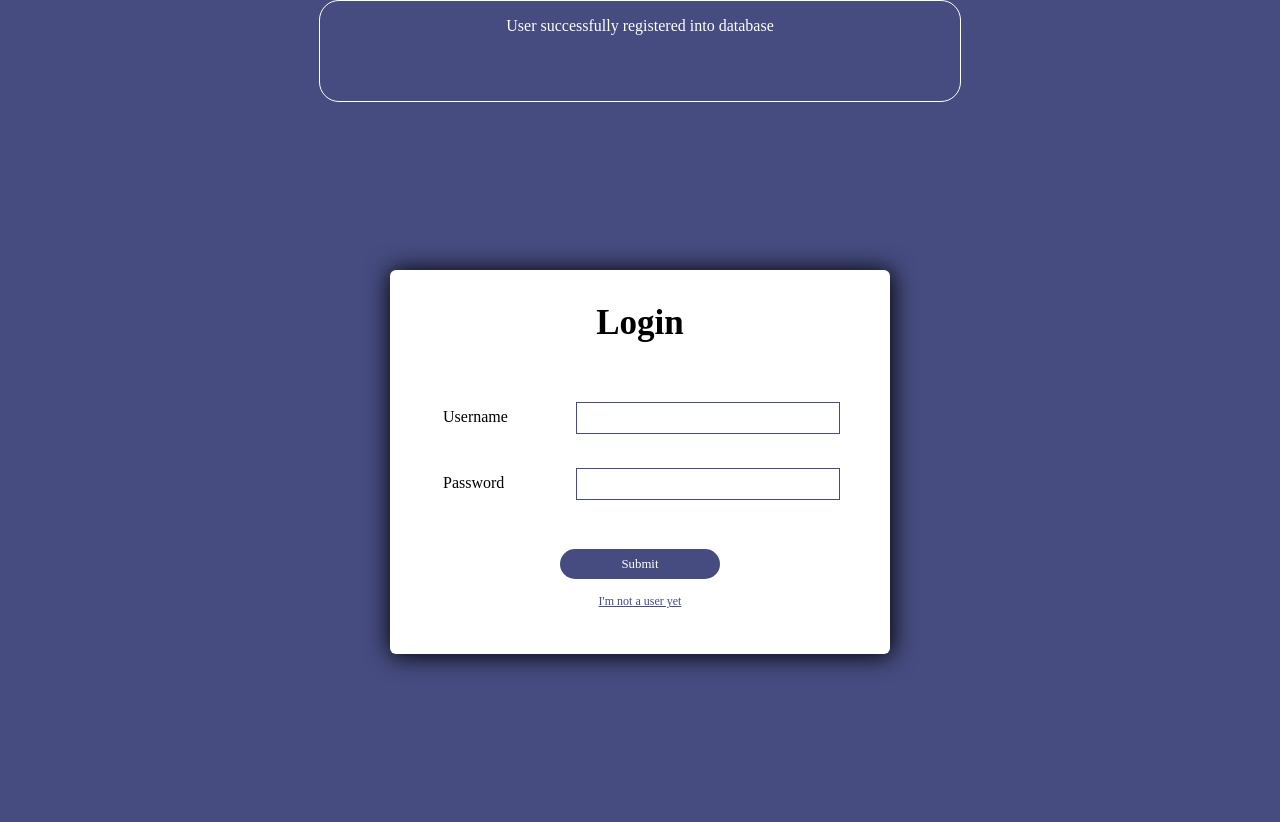
Repository: ivanmirandastavenuiter/jsp-raw-crud
Page: http://localhost/CH33TZ/
The author's editor kept a copy of each file at every save. The page is drawn from the files as they stood at one save, then again after the next save.
The browser window is 1280 px wide. The pictures show the whole page.
Some web fonts or font styles are not loaded; a fallback is used. The page is served by Tomcat 9. Other server files are loaded and not shown.

Above is the page before, as saved 2020-05-12 14:42:23.

### CH33TZ/WebContent/index.jsp
<%@ page language="java" contentType="text/html; charset=UTF-8"
    pageEncoding="UTF-8" %>
<%@ page import="java.sql.Statement" %>
<%@ page import="java.sql.ResultSet" %>
<%@ page import="java.sql.DriverManager" %>
<%@ page import="java.sql.Connection" %>
<%@ page import="java.sql.PreparedStatement" %>
<%@ page import="java.util.logging.Logger" %>
<%@ page import="java.util.Map, java.util.HashMap" %>
<%@ page import="java.util.Collection" %>
<%@ page import="java.util.Set" %>
<%@ page import="java.util.Set" %>
<%@ taglib uri = "http://java.sun.com/jsp/jstl/core" prefix = "c" %>
<!DOCTYPE html>
<html>
<head>
<meta charset="UTF-8">
<title>Login</title>
<link href="https://fonts.googleapis.com/css?family=Merriweather&display=swap" rel="stylesheet">
<script type="module" src="Validations/ValidationLogin.mjs"></script>
<style>

	body {
		background: #464c80;
		margin: 0;
		padding: 0;
		height: 100vh;
		width: 100vw;
		font-size: 62.5%; /* This is equivalent to 10px */
		font-family: 'Merriweather', serif;
	}

	div.main-container-div {
		height: 100%;
	}

	div.register-result-container {

	}

	div.register-result-message {
		width: 50%;
		height: 100px;
		margin: 0 auto;
		font-size: 1.6em;
		color: #fff;
		border: 1px solid #fff;
		border-radius: 20px;
	}

	div.register-result-message p {
		text-align: center;
	}

	div.main-content-div {
		height: 100%;
		display: flex;
		justify-content: center;
		align-items: center;
	}

	div.form-container-div {
		border-radius: 6px;
		background: #fff;
		width: 500px;
		box-shadow: 1px 1px 25px 1px #000;
	}

	div.form-container-div form {
		padding: 10px 30px 30px 30px;
		font-size: 1.6em;
	}

	div.form-container-div .login-div {
		padding: 10px;
		text-align: center;
		border-radius: 5px 5px 0 0;
	}

	div.user-not-found-div {
		width: 400px;
		margin: 0 auto;
		opacity: 0; /* To 1 */
		transition: opacity .5s linear;
		font-size: 1.6em;
		height: 0; /* To auto */
	}

	p.user-not-found {
		margin: 0 auto;
		padding: 0; /* To 5 */
		width: 63%;
		font-size: .7em;
		border: 1px solid #e21010;
		color: #e21010;
		text-align: center;
		height: 0; /* To auto */
	}

	div.form-container-div .login-div h1 {
		font-size: 3.5em;
	}

	/* Inside form-container-div */

	.inputs-group-div {
		padding: 15px;
	}

	.inputs-group-div .input-div {
		width: 400px;
		display: flex;
		justify-content: space-between;
		align-items: center;
		margin: 0 auto;
	}

	.inputs-group-div .input-div .form-input {
		width: 63%;
		height: 20px;
		font-family: inherit;
		font-size: .8em;
		outline: none;
		border: 1px solid #464c80;
		padding: 5px;
	}

	.inputs-group-div div[class$="wrong-validation-div"] {
		display: flex;
		justify-content: flex-end;
		width: 400px;
		margin: 0 auto;
		opacity: 0;
		transition: opacity .5s linear;
	}

	.inputs-group-div div[class$="wrong-validation-div"] p {
		width: 63%;
		padding: 5px;
		font-size: .7em;
		border: 1px solid #e21010;
		color: #e21010;
	}

	.inputs-group-div .input-div label {
		height: 20px;
		padding: 3px;
	}

	.inputs-group-div .input-div .submit-btn {
		font-family: inherit;
		font-size: .8em;
		margin: 15px auto 5px auto;
		width: 40%;
		padding: 5px;
		color: #fff;
		background: #464c80;
		border-radius: 20px;
		height: 30px;
		border: none;
		transition: background-color .3s linear;
		outline: none;
	}

	.inputs-group-div .register-link-div {
		text-align: center;
	}

	.inputs-group-div .register-link-div span {
		font-size: 0.75em;
		display: block;
		margin-top: 10px;
	}

	.inputs-group-div .register-link-div span a {
	  	color: #464c80 !important;
	}

	/* Buttons, boxes and links interactions */

	.inputs-group-div .input-div .submit-btn:hover {
		background:#666dad;
	}

	.inputs-group-div .input-div .submit-btn:active {
		background: #272b50;
		transition: none;
		border: 1.5px solid #bfc4fd;
	}

	.inputs-group-div .input-div .form-input:focus {
		background: #d1d8f1;
		border: 1px solid #000;
	}

	.inputs-group-div .form-input:-internal-autofill-selected {
		background-color: #d1d8f1 !important;
		border: 1px solid #000 !important;
	}

	.inputs-group-div .input-div .submit-btn:focus {
		background: #272b50;
		transition: none;
		border: 1.5px solid #bfc4fd;
	}

	.inputs-group-div .register-link-div span a:visited,
	.inputs-group-div .register-link-div span a:active {
		color: inherit;
	}

</style>
</head>
<body>

	<c:set var = "contextPath" value="${pageContext.request.contextPath}" />

	<%

		Logger logger = Logger.getLogger(com.ch33tz.logger.JspLogger.class.getName());

		if (request.getMethod().equals("POST") && !(boolean)request.getAttribute("errors")) {

			logger.info("Starting validation on target page.");
			logger.info("POST request detected on target page. Applying validation against input data.");

			//Validation of the user input
			String username = request.getParameter("username");
			String password = request.getParameter("pass");
			String contextPath = "/";
			boolean validation = true;

			try {

				username = username != null ? username.trim() : null;
				password = password != null ? password.trim() : null;

				if (username == null || username.isEmpty()
						|| password == null || password.isEmpty()) {

					logger.info("Errors detected on target page. Proceeding to generate errors");

					Cookie usernameCookieError = null;
					Cookie passwordCookieError = null;

					if (username == null || username.isEmpty()) {
						logger.warning("Bad input for username. Populating cookie");
						usernameCookieError = new Cookie("username", "username");
						usernameCookieError.setMaxAge(1);
						response.addCookie(usernameCookieError);
						validation = false;
					}

					if (password == null || password.isEmpty() ) {
						logger.warning("Bad input for password. Populating cookie");
						passwordCookieError = new Cookie("password", "password");
						passwordCookieError.setMaxAge(1);
						response.addCookie(passwordCookieError);
						validation = false;
					}

				}

			} catch (Exception e) {

				logger.severe("Exception thrown on validation: " + e.getMessage());

			}

			if (validation) {

				Connection conn = null;
				PreparedStatement stmt = null;
				ResultSet rs = null;

				Map <String, String> userData = new HashMap<String, String>();

				try {

					// Driver registration gets autoloaded on JDBC 4.0 compliant versions:

					// * mysql-connector-java-5.1.36.jar version or higher
					// * jdk 6 or higher

					// However, it only gets loaded after second request. At least, in JSP.
					// This sentence is equivalent to: Class.forName("com.mysql.cj.jdbc.Driver")
					DriverManager.getDrivers();

					String sql = "SELECT * FROM user WHERE usUse = ? AND usPas = ?";
					conn = DriverManager.getConnection("jdbc:mysql://localhost:3306/ch33tz", "root", "");
					stmt = conn.prepareStatement(sql, ResultSet.TYPE_SCROLL_INSENSITIVE, ResultSet.CONCUR_READ_ONLY);
					stmt.setString(1, username);
					stmt.setString(2, password);
					rs = stmt.executeQuery();

					if (rs.first()) {

						logger.info("User found: " + rs.getString("usUse") + ". Populating user data.");

						userData.put("id", Integer.toString(rs.getInt("usId")));
						userData.put("name", rs.getString("usNam"));
						userData.put("surname", rs.getString("usSur"));
						userData.put("username", rs.getString("usUse"));
						userData.put("email", rs.getString("usEma"));

						logger.info("Redirecting to welcome page...");

						request.getSession().setAttribute("user", userData);
						response.sendRedirect(request.getContextPath() + "/JSP/welcome.jsp");

					} else {
						logger.warning("User not found. Populating cookie");
						logger.info("Returning to login form.");
						Cookie userNotFoundCookie = new Cookie("error", "user-not-found");
						userNotFoundCookie.setMaxAge(1);
						response.addCookie(userNotFoundCookie);
					}

				} catch (Exception e) {

					logger.severe("Main exception: " + e.getMessage());

				} finally {

					try {

						if (rs != null) {
							rs.close();
						}

						if (stmt != null) {
							stmt.close();
						}

						if (conn != null) {
							conn.close();
						}

					} catch(Exception e) {

						logger.severe("Nested exception: " + e.getMessage());

					}

				}

			}

		}

	%>

	<!-- Main container -->
	<div class="main-container-div">

		<!-- Errors container -->
		<div class="register-result-container">
			<div class="register-result-message">
				<p>User successfully registered into database</p>
				<c:if test="${ not empty message}">
					<p>${message}</p>
					<c:remove var="message" />
				</c:if>
			</div>
		</div>

		<!-- Main content -->
		<div class="main-content-div">

			<div class="form-container-div">

				<!-- Login div -->
				<div class="login-div">
					<h1>Login</h1>
				</div>

				<!-- User not found div -->
				<div class="user-not-found-div">
					<p class="user-not-found"></p>
				</div>

				<!-- Form -->
				<form name="loginForm" method="post">

					<div class="inputs-group-div">

						<!-- Input items -->
						<div class="input-div">
							<label for="username">Username</label>
							<input class="form-input" type="text" name="username"/>
						</div>

						<div class="username-wrong-validation-div">
							<p class="username-wrong-validation"></p>
						</div>

						<div class="input-div">
							<label for="pass">Password</label>
							<input class="form-input" type="password" name="pass"/>
						</div>

						<div class="password-wrong-validation-div">
							<p class="password-wrong-validation"></p>
						</div>

						<div class="input-div">
							<input class="submit-btn" type="submit" value="Submit"/>
						</div>

						<div class="register-link-div">
							<span><a href="register.jsp">I'm not a user yet</a></span>
						</div>

					</div>

				</form>

			</div>

		</div>

	</div>



</body>
</html>

### CH33TZ/WebContent/Validations/ValidationLogin.mjs
/**
 * Name: ValidationLogin
 *
 * Author: Ivan Miranda Stavenuiter
 * MKNA
 *
 */

import { ValidationException } from '../Exceptions/ValidationException.mjs';
import { ValidationFormException } from '../Exceptions/ValidationFormException.mjs';

document.addEventListener("DOMContentLoaded", function() {

	var availableCookies = document.cookie;

	var loginForm = document.getElementsByName("loginForm")[0];
	var submit = false;
	var validation = true;

	var username = document.getElementsByName("username")[0];
	var pass = document.getElementsByName("pass")[0];
	var wrongUsernameNode = document.getElementsByClassName("username-wrong-validation")[0];
	var wrongPassNode = document.getElementsByClassName("password-wrong-validation")[0];
	var inputNodes = document.getElementsByClassName("form-input");

	var inputsMap = new Map();
	inputsMap.set(username, wrongUsernameNode)
			 .set(pass, wrongPassNode);

	// Main function on submit
	loginForm.onsubmit = function(e) {

		e.preventDefault();

		try {

			validation = true;
			inputsMap.forEach(validateInputs);

			if (!validation) {
				return false;
			} else {
				this.submit();
			}

		} catch (err) {

			console.log('Exception thrown by parent try/catch block: ');
			console.log('Name: ' + err.name);
			console.log('Description: ' + err.message);
			console.log('Stack: ' + err.stack);

		}

	};

	// Function triggered on submit
	function validateInputs(value, key, map) {

		try {

			submit = true;

			if (key.name === 'username' && key.value.trim() === '') {

				throw new ValidationFormException(ValidationException.WARNING,
												  ValidationException.USERNAME_EMPTY_FIELD,
												  value);

			} else if (key.name === 'pass' && key.value.trim() === '') {

				throw new ValidationFormException(ValidationException.WARNING,
												  ValidationException.PASSWORD_EMPTY_FIELD,
												  value);

			}

		} catch(validationFormException) {

			if (validationFormException instanceof ValidationFormException) {
				validationFormException.handleLoginErrorOnSubmit();
				validation = false;
			} else {
				throw validationFormException;
			}

		}

	}

	// This check values after submit
	function validateInputsAfterSubmit(value, key, map) {

		key.onkeyup = function() {

			try {

				let resetNode = (value) => {
					value.innerText = '';
					value.parentElement.style.transition = 'none';
					value.parentElement.style.opacity = 0;
				}

				if (submit) {

					let descriptionType = value.className.substring(0,4);

					if (descriptionType === 'user') {

						if (key.value.trim().length > 0) {
							resetNode(value);
						} else {
							throw new ValidationFormException(ValidationException.WARNING,
															  ValidationException.USERNAME_EMPTY_FIELD,
															  value);
						}

					}

					if (descriptionType === 'pass') {

						if (key.value.trim().length > 0) {
							resetNode(value);
						} else {
							throw new ValidationFormException(ValidationException.WARNING,
															  ValidationException.PASSWORD_EMPTY_FIELD,
															  value);
						}

					}

				}

			} catch(validationFormException) {

				if (validationFormException instanceof ValidationFormException) {
					validationFormException.handleLoginErrorAfterSubmit();
					validation = false;
				} else {
					throw validationFormException;
				}

			}

		}
	}

	inputsMap.forEach(validateInputsAfterSubmit);

	// Control errors from server if detected
	var controlErrorsFromServer = () => {

		try {

			let errorsArray = [];
			let usernameWrongMessageNode = document.querySelector("p.username-wrong-validation");
			let passwordWrongMessageNode = document.querySelector("p.password-wrong-validation");
			let userNotFoundMessageNode = document.querySelector("p.user-not-found");

			submit = true;

			errorsArray.push(getCookie('username'));
			errorsArray.push(getCookie('password'));
			errorsArray.push(getCookie('error'));

			var errorsList = (value, key, map) => {

				try {

					if (value.trim() === "username") {

						throw new ValidationFormException(ValidationException.WARNING,
								  ValidationException.USERNAME_EMPTY_FIELD,
								  usernameWrongMessageNode);

					}

					if (value.trim() === "password") {

						throw new ValidationFormException(ValidationException.WARNING,
								  ValidationException.PASSWORD_EMPTY_FIELD,
								  passwordWrongMessageNode);

					}

					if (value.trim() === "user-not-found") {

						throw new ValidationFormException(ValidationException.WARNING,
								  ValidationException.USER_NOT_FOUND,
								  userNotFoundMessageNode);

					}

				} catch(validationFormException){
					if (validationFormException instanceof ValidationFormException) {
						if (value.trim() === "user-not-found") {
							validationFormException.handleUserNotFoundError();
						} else {
							validationFormException.handleLoginErrorAfterSubmit();
						}
					} else {
						throw validationFormException;
					}

				}

			}

			errorsArray.forEach(errorsList);

		} catch(err) {

			console.log('Exception thrown while performing control over server data.');
			console.log('Name: ' + err.name);
			console.log('Description: ' + err.message);
			console.log('Stack: ' + err.stack);

		}

	}

	// Snippet to get cookies by name
	var getCookie = (cookieName) => {

		let cookieNameStartingIndex = availableCookies.indexOf(cookieName);
		let cookieValueStartingIndex = cookieNameStartingIndex + cookieName.length + 1;
		let charIndex = cookieValueStartingIndex;
		let endIndex = availableCookies.length;
		let cookieValue = '';

		if (cookieNameStartingIndex != -1) {

			while(availableCookies.charAt(charIndex) != ";" && charIndex != endIndex) {
				cookieValue += availableCookies.charAt(charIndex);
				charIndex++;
			}

			return cookieValue.trim();

		} else {

			return 'Cookie not found';

		}

	}

	// If cookies detected, validation thrown
	if (availableCookies != undefined && availableCookies != '') {
		controlErrorsFromServer();
	}

});

### CH33TZ/WebContent/Exceptions/ValidationException.mjs
/**
 * Name: ValidationException
 *
 * Author: Ivan Miranda Stavenuiter
 * MKNA
 *
 */

export class ValidationException extends Error {

	constructor(message) {
		super(message);
	}

	// Messages for exceptions
	static get WARNING() { return 'There has been an error on the validation process' };

	static get NAME_EMPTY_FIELD() { return 'Name field cannot be empty' };
	static get SURNAME_EMPTY_FIELD() { return 'Surname field cannot be empty' };
	static get USERNAME_EMPTY_FIELD() { return 'Username field cannot be empty' };
	static get PHONE_EMPTY_FIELD() { return 'Phone field cannot be empty' };
	static get EMAIL_EMPTY_FIELD() { return 'Email field cannot be empty' };
	static get PASSWORD_EMPTY_FIELD() { return 'Password field cannot be empty' };
	static get CONFIRM_EMPTY_FIELD() { return 'Confirm field cannot be empty' };
	static get PHONE_NOT_MATCH() { return 'Phone does not match requirements' };
	static get EMAIL_NOT_MATCH() { return 'Email does not match requirements' };
	static get USERNAME_EXISTS() { return 'Username already exists' };
	static get EMAIL_EXISTS() { return 'Email already exists' };
	static get PHONE_EXISTS() { return 'Phone already exists' };
	static get PASSWORD_NOT_MATCH() { return 'Password does not match requirements: one lowercase, one uppercase, one number and one special character. 8 characters length' };
	static get PASSWORD_NOT_EQUAL() { return 'Passwords don\'t match' };
	static get USER_NOT_FOUND() { return 'User not found in the database' };

}

### CH33TZ/WebContent/Exceptions/ValidationFormException.mjs
/**
 * Name: ValidationFormException
 *
 * Author: Ivan Miranda Stavenuiter
 * MKNA
 *
 */

import { ValidationException } from './ValidationException.mjs';

export class ValidationFormException extends ValidationException {

	constructor(message, description, htmlNode) {
		super(message);
		this.name = 'ValidationFormError';
		this.description = description;
		this.htmlNode = htmlNode;
	}

	handleRegisterErrorOnSubmit() {

		let inputContainerNode = this.htmlNode;
		let spanErrorTag = inputContainerNode.children[0].children[0];

		spanErrorTag.innerText = this.description;
		inputContainerNode.style.opacity = 1;

	}

	handleRegisterErrorAfterSubmit() {

		let inputContainerNode = this.htmlNode;
		let spanErrorTag = inputContainerNode.children[0].children[0];

		spanErrorTag.innerText = this.description;
		inputContainerNode.style.transition = 'opacity .5s linear';
		inputContainerNode.style.opacity = 1;

	}

	handleLoginErrorOnSubmit() {

		let wrongMessageNode = this.htmlNode;

		wrongMessageNode.innerText = this.description;
		wrongMessageNode.parentElement.style.opacity = 1;

	}

	handleLoginErrorAfterSubmit() {

		let wrongMessageNode = this.htmlNode;

		wrongMessageNode.parentElement.style.transition = 'opacity .5s linear';
		wrongMessageNode.parentElement.style.opacity = 1;
		wrongMessageNode.innerText = this.description;

	}

	handleUserNotFoundError() {

		let wrongMessageNode = this.htmlNode;

		wrongMessageNode.parentElement.style.transition = 'opacity .5s linear';
		wrongMessageNode.parentElement.style.opacity = 1;
		wrongMessageNode.parentElement.style.height = 'auto';
		wrongMessageNode.innerText = this.description;
		wrongMessageNode.style.padding = '5px';
		wrongMessageNode.style.height = 'auto';

	}

}

After the next save:
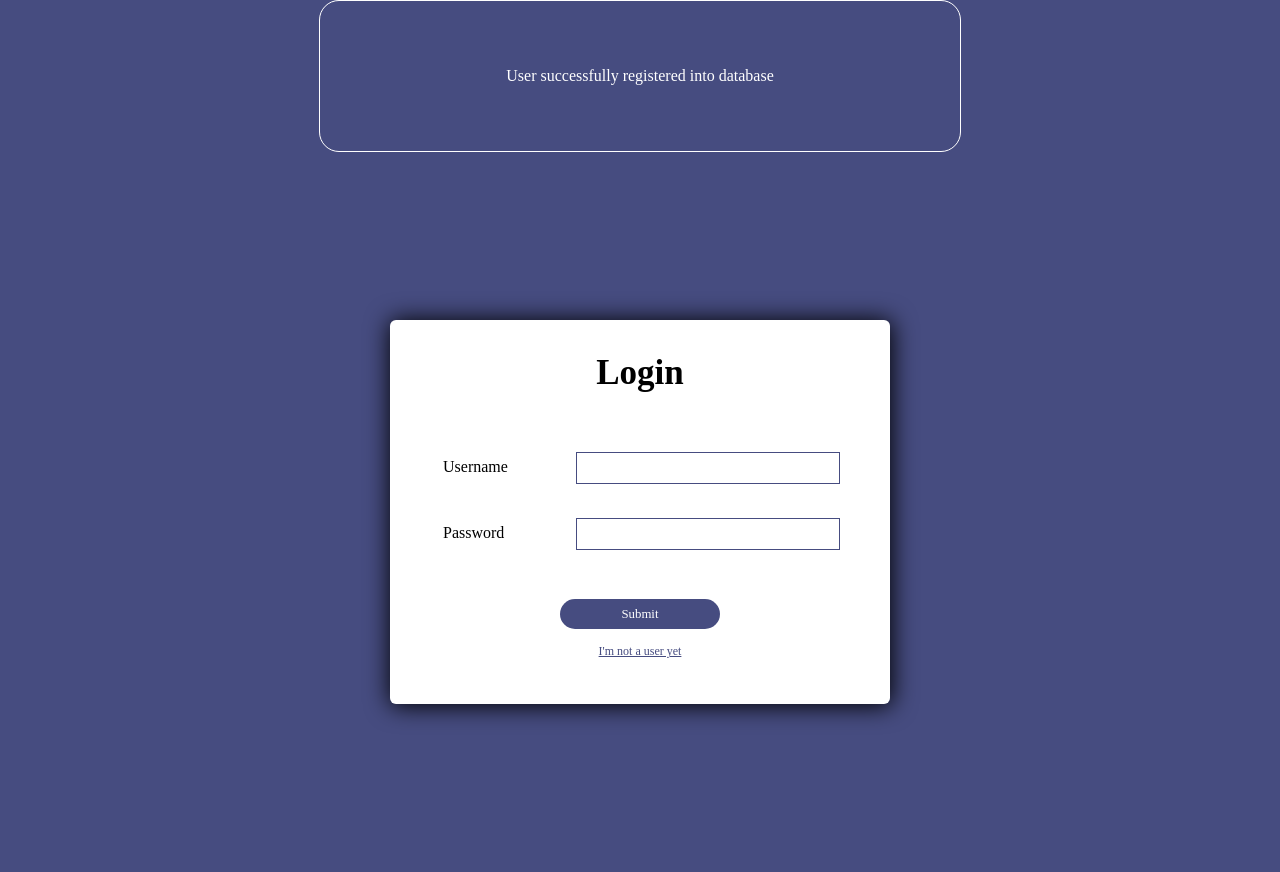
Saved 24 s later.
--- a/CH33TZ/WebContent/index.jsp
+++ b/CH33TZ/WebContent/index.jsp
@@ -40,7 +40,6 @@
 
 	div.register-result-message {
 		width: 50%;
-		height: 100px;
 		margin: 0 auto;
 		font-size: 1.6em;
 		color: #fff;
@@ -50,6 +49,7 @@
 
 	div.register-result-message p {
 		text-align: center;
+		padding: 50px;
 	}
 
 	div.main-content-div {
